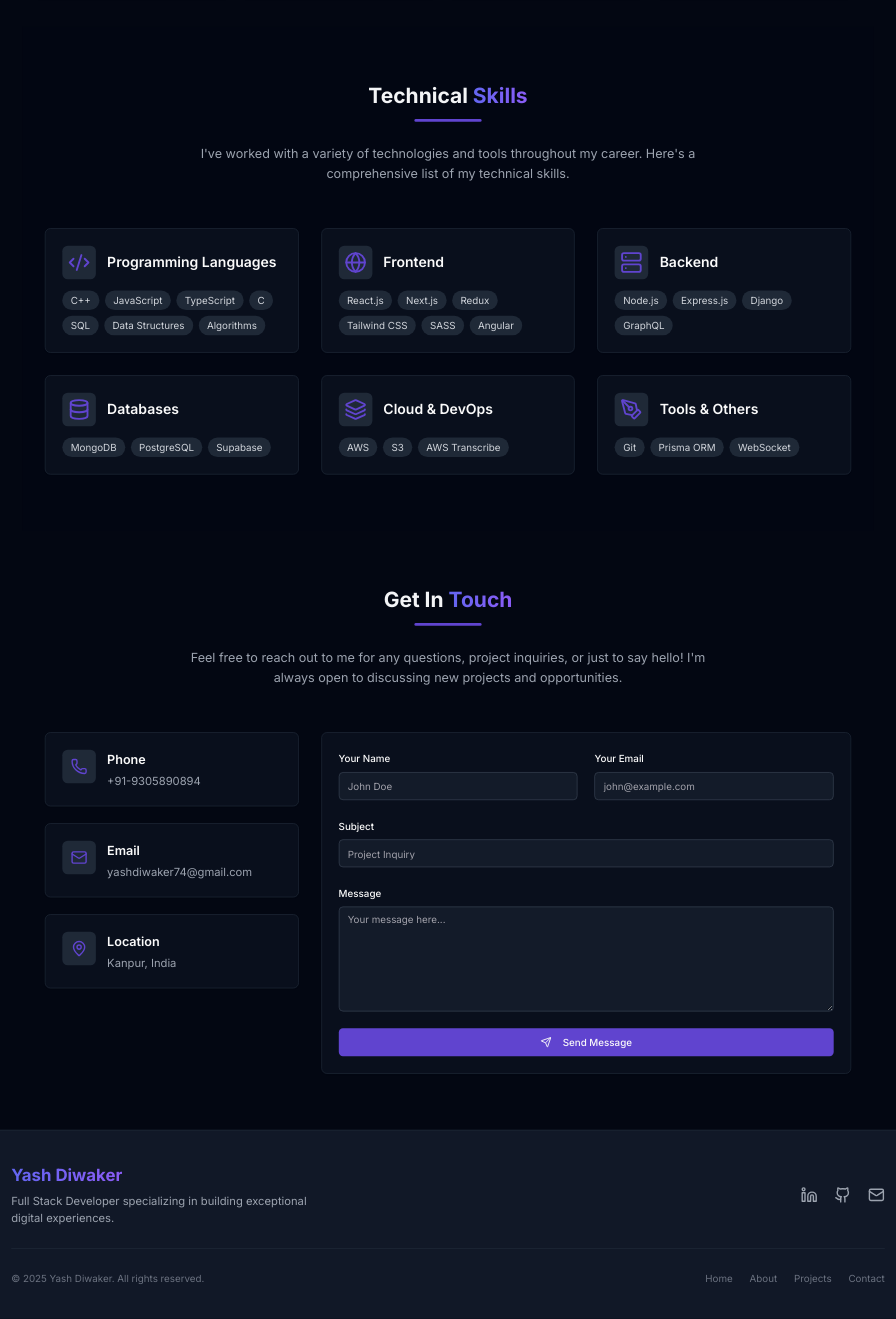
Repository: NoobCoderY/Yash
Page: /
The author's editor kept a copy of each file at every save. The page is drawn from the files as they stood at one save, then again after the next save.
The browser window is 1280 px wide. The pictures show the part of the page from y = 3560 to 5480 px (the page is 5444 px tall before and 5480 px after), at 70% of full size.
The project was rebuilt for these pictures with package versions that can differ from the ones it lists, and the page was loaded fresh each time. The framework's server and built-in components were replaced by stand-ins that run in the browser. Also part of the build but not shown: next.config.mjs, app/actions/send-email.ts.

Above is the page before, as saved 2025-08-07 12:06:54.

### app/layout.tsx
import type React from "react"
import "./globals.css"
import type { Metadata } from "next"
import { Inter } from "next/font/google"
import { ThemeProvider } from "@/components/theme-provider"

const inter = Inter({ subsets: ["latin"] })

export const metadata: Metadata = {
  title: "Yash Diwaker | Full Stack Developer",
  description: "Portfolio of Yash Diwaker, Full Stack Developer specializing in MERN stack and AWS",
    generator: 'v0.dev'
}

export default function RootLayout({
  children,
}: Readonly<{
  children: React.ReactNode
}>) {
  return (
    <html lang="en" suppressHydrationWarning>
      <body className={inter.className}>
        <ThemeProvider attribute="class" defaultTheme="dark" enableSystem disableTransitionOnChange>
          {children}
        </ThemeProvider>
      </body>
    </html>
  )
}


import './globals.css'

### app/page.tsx
import Hero from "@/components/hero"
import Navbar from "@/components/navbar"
import About from "@/components/about"
import Experience from "@/components/experience"
import Projects from "@/components/projects"
import Skills from "@/components/skills"
import Contact from "@/components/contact"
import Footer from "@/components/footer"

export default function Home() {
  return (
    <div className="min-h-screen bg-gray-950 text-gray-100">
      <Navbar />
      <main className="container mx-auto px-4 sm:px-6 lg:px-8">
        <Hero />
        <About />
        <Experience />
        <Projects />
        <Skills />
        <Contact />
      </main>
      <Footer />
    </div>
  )
}

### app/globals.css
@tailwind base;
@tailwind components;
@tailwind utilities;

@layer base {
  :root {
    --background: 0 0% 100%;
    --foreground: 240 10% 3.9%;
    --card: 0 0% 100%;
    --card-foreground: 240 10% 3.9%;
    --popover: 0 0% 100%;
    --popover-foreground: 240 10% 3.9%;
    --primary: 252 59% 48%;
    --primary-foreground: 0 0% 98%;
    --secondary: 240 4.8% 95.9%;
    --secondary-foreground: 240 5.9% 10%;
    --muted: 240 4.8% 95.9%;
    --muted-foreground: 240 3.8% 46.1%;
    --accent: 240 4.8% 95.9%;
    --accent-foreground: 240 5.9% 10%;
    --destructive: 0 84.2% 60.2%;
    --destructive-foreground: 0 0% 98%;
    --border: 240 5.9% 90%;
    --input: 240 5.9% 90%;
    --ring: 252 59% 48%;
    --radius: 0.5rem;
  }

  .dark {
    --background: 240 10% 3.9%;
    --foreground: 0 0% 98%;
    --card: 240 10% 3.9%;
    --card-foreground: 0 0% 98%;
    --popover: 240 10% 3.9%;
    --popover-foreground: 0 0% 98%;
    --primary: 252 59% 54%;
    --primary-foreground: 0 0% 98%;
    --secondary: 240 3.7% 15.9%;
    --secondary-foreground: 0 0% 98%;
    --muted: 240 3.7% 15.9%;
    --muted-foreground: 240 5% 64.9%;
    --accent: 240 3.7% 15.9%;
    --accent-foreground: 0 0% 98%;
    --destructive: 0 62.8% 30.6%;
    --destructive-foreground: 0 0% 98%;
    --border: 240 3.7% 15.9%;
    --input: 240 3.7% 15.9%;
    --ring: 252 59% 54%;
  }
}

@layer base {
  * {
    @apply border-border;
  }
  body {
    @apply bg-background text-foreground;
    font-feature-settings: "rlig" 1, "calt" 1;
  }
}

.animate-slide-up {
  animation: slideUp 0.6s ease-out forwards;
  opacity: 0;
}

@keyframes slideUp {
  from {
    transform: translateY(30px);
    opacity: 0;
  }
  to {
    transform: translateY(0);
    opacity: 1;
  }
}

.animate-fade-in {
  animation: fadeIn 0.8s ease-out forwards;
  opacity: 0;
}

@keyframes fadeIn {
  from {
    opacity: 0;
  }
  to {
    opacity: 1;
  }
}

.animate-slide-in-right {
  animation: slideInRight 0.6s ease-out forwards;
  opacity: 0;
}

@keyframes slideInRight {
  from {
    transform: translateX(30px);
    opacity: 0;
  }
  to {
    transform: translateX(0);
    opacity: 1;
  }
}

.animate-pulse-slow {
  animation: pulseSlow 3s infinite;
}

@keyframes pulseSlow {
  0%,
  100% {
    opacity: 1;
  }
  50% {
    opacity: 0.7;
  }
}

.animate-float {
  animation: float 3s ease-in-out infinite;
}

@keyframes float {
  0%,
  100% {
    transform: translateY(0);
  }
  50% {
    transform: translateY(-10px);
  }
}

.gradient-text {
  background: linear-gradient(90deg, #6366f1, #8b5cf6);
  -webkit-background-clip: text;
  -webkit-text-fill-color: transparent;
  background-clip: text;
}

### components/skills.tsx
"use client"

import { motion } from "framer-motion"
import { useInView } from "framer-motion"
import { useRef } from "react"
import { Card, CardContent } from "@/components/ui/card"
import { Code2, Database, Globe, Server, Layers, PenTool } from "lucide-react"

export default function Skills() {
  const ref = useRef(null)
  const isInView = useInView(ref, { once: true, margin: "-100px" })

  const skillCategories = [
    {
      title: 'Programming Languages',
      icon: <Code2 className='h-8 w-8 text-primary' />,
      skills: [
        'C++',
        'JavaScript',
        'TypeScript',
        'C',
        'SQL',
        'Data Structures',
        'Algorithms',
      ],
    },
    {
      title: 'Frontend',
      icon: <Globe className='h-8 w-8 text-primary' />,
      skills: [
        'React.js',
        'Next.js',
        'Redux',
        'Tailwind CSS',
        'SASS',
        'Angular',
      ],
    },
    {
      title: 'Backend',
      icon: <Server className='h-8 w-8 text-primary' />,
      skills: ['Node.js', 'Express.js', 'Django', 'GraphQL'],
    },
    {
      title: 'Databases',
      icon: <Database className='h-8 w-8 text-primary' />,
      skills: ['MongoDB', 'PostgreSQL', 'Supabase'],
    },
    {
      title: 'Cloud & DevOps',
      icon: <Layers className='h-8 w-8 text-primary' />,
      skills: ['AWS', 'S3', 'AWS Transcribe'],
    },
    {
      title: 'Tools & Others',
      icon: <PenTool className='h-8 w-8 text-primary' />,
      skills: ['Git', 'Prisma ORM', 'WebSocket'],
    },
  ];

  const cardVariants = {
    hidden: { opacity: 0, y: 20 },
    visible: (i: number) => ({
      opacity: 1,
      y: 0,
      transition: {
        delay: 0.1 * i,
        duration: 0.5,
      },
    }),
  }

  return (
    <section id="skills" className="py-20 bg-gray-950/50">
      <div className="container mx-auto">
        <motion.div
          initial={{ opacity: 0, y: 20 }}
          animate={isInView ? { opacity: 1, y: 0 } : { opacity: 0, y: 20 }}
          transition={{ duration: 0.5 }}
          ref={ref}
          className="text-center mb-16"
        >
          <h2 className="text-3xl font-bold mb-4">
            Technical <span className="gradient-text">Skills</span>
          </h2>
          <div className="w-24 h-1 bg-primary mx-auto mb-8 rounded-full"></div>
          <p className="text-lg text-gray-400 max-w-3xl mx-auto">
            I've worked with a variety of technologies and tools throughout my career. Here's a comprehensive list of my
            technical skills.
          </p>
        </motion.div>

        <div className="grid grid-cols-1 md:grid-cols-2 lg:grid-cols-3 gap-8">
          {skillCategories.map((category, i) => (
            <motion.div
              key={i}
              custom={i}
              variants={cardVariants}
              initial="hidden"
              animate={isInView ? "visible" : "hidden"}
            >
              <Card className="bg-gray-900/50 border-gray-800 hover:border-primary/50 transition-all duration-300 h-full">
                <CardContent className="p-6">
                  <div className="flex items-center mb-4">
                    <div className="p-2 bg-gray-800 rounded-lg mr-4">{category.icon}</div>
                    <h3 className="text-xl font-semibold">{category.title}</h3>
                  </div>
                  <div className="flex flex-wrap gap-2">
                    {category.skills.map((skill, index) => (
                      <span
                        key={index}
                        className="px-3 py-1 bg-gray-800 rounded-full text-sm text-gray-300 hover:bg-primary/20 hover:text-primary transition-colors duration-300"
                      >
                        {skill}
                      </span>
                    ))}
                  </div>
                </CardContent>
              </Card>
            </motion.div>
          ))}
        </div>
      </div>
    </section>
  )
}

### components/footer.tsx
import Link from "next/link"
import { Github, Linkedin, Mail } from "lucide-react"

export default function Footer() {
  const currentYear = new Date().getFullYear()

  return (
    <footer className="bg-gray-900 py-12 border-t border-gray-800">
      <div className="container mx-auto px-4">
        <div className="flex flex-col md:flex-row justify-between items-center">
          <div className="mb-6 md:mb-0">
            <Link href="#home" className="text-2xl font-bold gradient-text">
              Yash Diwaker
            </Link>
            <p className="text-gray-400 mt-2 max-w-md">
              Full Stack Developer specializing in building exceptional digital experiences.
            </p>
          </div>

          <div className="flex space-x-6">
            <Link
              href="https://linkedin.com/in/yashdiwaker"
              target="_blank"
              rel="noopener noreferrer"
              className="text-gray-400 hover:text-primary transition-colors"
              aria-label="LinkedIn"
            >
              <Linkedin size={24} />
            </Link>
            <Link
              href="https://github.com/NoobCoderY"
              target="_blank"
              rel="noopener noreferrer"
              className="text-gray-400 hover:text-primary transition-colors"
              aria-label="GitHub"
            >
              <Github size={24} />
            </Link>
            <Link
              href="mailto:yashdiwaker74@gmail.com"
              className="text-gray-400 hover:text-primary transition-colors"
              aria-label="Email"
            >
              <Mail size={24} />
            </Link>
          </div>
        </div>

        <div className="border-t border-gray-800 mt-8 pt-8 flex flex-col md:flex-row justify-between items-center">
          <p className="text-gray-500 text-sm">© {currentYear} Yash Diwaker. All rights reserved.</p>
          <div className="mt-4 md:mt-0">
            <ul className="flex space-x-6 text-sm text-gray-500">
              <li>
                <Link href="#home" className="hover:text-primary transition-colors">
                  Home
                </Link>
              </li>
              <li>
                <Link href="#about" className="hover:text-primary transition-colors">
                  About
                </Link>
              </li>
              <li>
                <Link href="#projects" className="hover:text-primary transition-colors">
                  Projects
                </Link>
              </li>
              <li>
                <Link href="#contact" className="hover:text-primary transition-colors">
                  Contact
                </Link>
              </li>
            </ul>
          </div>
        </div>
      </div>
    </footer>
  )
}

### components/ui/button.tsx
import * as React from "react"
import { Slot } from "@radix-ui/react-slot"
import { cva, type VariantProps } from "class-variance-authority"

import { cn } from "@/lib/utils"

const buttonVariants = cva(
  "inline-flex items-center justify-center gap-2 whitespace-nowrap rounded-md text-sm font-medium ring-offset-background transition-colors focus-visible:outline-none focus-visible:ring-2 focus-visible:ring-ring focus-visible:ring-offset-2 disabled:pointer-events-none disabled:opacity-50 [&_svg]:pointer-events-none [&_svg]:size-4 [&_svg]:shrink-0",
  {
    variants: {
      variant: {
        default: "bg-primary text-primary-foreground hover:bg-primary/90",
        destructive:
          "bg-destructive text-destructive-foreground hover:bg-destructive/90",
        outline:
          "border border-input bg-background hover:bg-accent hover:text-accent-foreground",
        secondary:
          "bg-secondary text-secondary-foreground hover:bg-secondary/80",
        ghost: "hover:bg-accent hover:text-accent-foreground",
        link: "text-primary underline-offset-4 hover:underline",
      },
      size: {
        default: "h-10 px-4 py-2",
        sm: "h-9 rounded-md px-3",
        lg: "h-11 rounded-md px-8",
        icon: "h-10 w-10",
      },
    },
    defaultVariants: {
      variant: "default",
      size: "default",
    },
  }
)

export interface ButtonProps
  extends React.ButtonHTMLAttributes<HTMLButtonElement>,
    VariantProps<typeof buttonVariants> {
  asChild?: boolean
}

const Button = React.forwardRef<HTMLButtonElement, ButtonProps>(
  ({ className, variant, size, asChild = false, ...props }, ref) => {
    const Comp = asChild ? Slot : "button"
    return (
      <Comp
        className={cn(buttonVariants({ variant, size, className }))}
        ref={ref}
        {...props}
      />
    )
  }
)
Button.displayName = "Button"

export { Button, buttonVariants }

### components/ui/card.tsx
import * as React from "react"

import { cn } from "@/lib/utils"

const Card = React.forwardRef<
  HTMLDivElement,
  React.HTMLAttributes<HTMLDivElement>
>(({ className, ...props }, ref) => (
  <div
    ref={ref}
    className={cn(
      "rounded-lg border bg-card text-card-foreground shadow-sm",
      className
    )}
    {...props}
  />
))
Card.displayName = "Card"

const CardHeader = React.forwardRef<
  HTMLDivElement,
  React.HTMLAttributes<HTMLDivElement>
>(({ className, ...props }, ref) => (
  <div
    ref={ref}
    className={cn("flex flex-col space-y-1.5 p-6", className)}
    {...props}
  />
))
CardHeader.displayName = "CardHeader"

const CardTitle = React.forwardRef<
  HTMLDivElement,
  React.HTMLAttributes<HTMLDivElement>
>(({ className, ...props }, ref) => (
  <div
    ref={ref}
    className={cn(
      "text-2xl font-semibold leading-none tracking-tight",
      className
    )}
    {...props}
  />
))
CardTitle.displayName = "CardTitle"

const CardDescription = React.forwardRef<
  HTMLDivElement,
  React.HTMLAttributes<HTMLDivElement>
>(({ className, ...props }, ref) => (
  <div
    ref={ref}
    className={cn("text-sm text-muted-foreground", className)}
    {...props}
  />
))
CardDescription.displayName = "CardDescription"

const CardContent = React.forwardRef<
  HTMLDivElement,
  React.HTMLAttributes<HTMLDivElement>
>(({ className, ...props }, ref) => (
  <div ref={ref} className={cn("p-6 pt-0", className)} {...props} />
))
CardContent.displayName = "CardContent"

const CardFooter = React.forwardRef<
  HTMLDivElement,
  React.HTMLAttributes<HTMLDivElement>
>(({ className, ...props }, ref) => (
  <div
    ref={ref}
    className={cn("flex items-center p-6 pt-0", className)}
    {...props}
  />
))
CardFooter.displayName = "CardFooter"

export { Card, CardHeader, CardFooter, CardTitle, CardDescription, CardContent }

### components/ui/badge.tsx
import * as React from "react"
import { cva, type VariantProps } from "class-variance-authority"

import { cn } from "@/lib/utils"

const badgeVariants = cva(
  "inline-flex items-center rounded-full border px-2.5 py-0.5 text-xs font-semibold transition-colors focus:outline-none focus:ring-2 focus:ring-ring focus:ring-offset-2",
  {
    variants: {
      variant: {
        default:
          "border-transparent bg-primary text-primary-foreground hover:bg-primary/80",
        secondary:
          "border-transparent bg-secondary text-secondary-foreground hover:bg-secondary/80",
        destructive:
          "border-transparent bg-destructive text-destructive-foreground hover:bg-destructive/80",
        outline: "text-foreground",
      },
    },
    defaultVariants: {
      variant: "default",
    },
  }
)

export interface BadgeProps
  extends React.HTMLAttributes<HTMLDivElement>,
    VariantProps<typeof badgeVariants> {}

function Badge({ className, variant, ...props }: BadgeProps) {
  return (
    <div className={cn(badgeVariants({ variant }), className)} {...props} />
  )
}

export { Badge, badgeVariants }

### components/ui/tabs.tsx
"use client"

import * as React from "react"
import * as TabsPrimitive from "@radix-ui/react-tabs"

import { cn } from "@/lib/utils"

const Tabs = TabsPrimitive.Root

const TabsList = React.forwardRef<
  React.ElementRef<typeof TabsPrimitive.List>,
  React.ComponentPropsWithoutRef<typeof TabsPrimitive.List>
>(({ className, ...props }, ref) => (
  <TabsPrimitive.List
    ref={ref}
    className={cn(
      "inline-flex h-10 items-center justify-center rounded-md bg-muted p-1 text-muted-foreground",
      className
    )}
    {...props}
  />
))
TabsList.displayName = TabsPrimitive.List.displayName

const TabsTrigger = React.forwardRef<
  React.ElementRef<typeof TabsPrimitive.Trigger>,
  React.ComponentPropsWithoutRef<typeof TabsPrimitive.Trigger>
>(({ className, ...props }, ref) => (
  <TabsPrimitive.Trigger
    ref={ref}
    className={cn(
      "inline-flex items-center justify-center whitespace-nowrap rounded-sm px-3 py-1.5 text-sm font-medium ring-offset-background transition-all focus-visible:outline-none focus-visible:ring-2 focus-visible:ring-ring focus-visible:ring-offset-2 disabled:pointer-events-none disabled:opacity-50 data-[state=active]:bg-background data-[state=active]:text-foreground data-[state=active]:shadow-sm",
      className
    )}
    {...props}
  />
))
TabsTrigger.displayName = TabsPrimitive.Trigger.displayName

const TabsContent = React.forwardRef<
  React.ElementRef<typeof TabsPrimitive.Content>,
  React.ComponentPropsWithoutRef<typeof TabsPrimitive.Content>
>(({ className, ...props }, ref) => (
  <TabsPrimitive.Content
    ref={ref}
    className={cn(
      "mt-2 ring-offset-background focus-visible:outline-none focus-visible:ring-2 focus-visible:ring-ring focus-visible:ring-offset-2",
      className
    )}
    {...props}
  />
))
TabsContent.displayName = TabsPrimitive.Content.displayName

export { Tabs, TabsList, TabsTrigger, TabsContent }

### components/ui/popover.tsx
"use client"

import * as React from "react"
import * as PopoverPrimitive from "@radix-ui/react-popover"

import { cn } from "@/lib/utils"

const Popover = PopoverPrimitive.Root

const PopoverTrigger = PopoverPrimitive.Trigger

const PopoverContent = React.forwardRef<
  React.ElementRef<typeof PopoverPrimitive.Content>,
  React.ComponentPropsWithoutRef<typeof PopoverPrimitive.Content>
>(({ className, align = "center", sideOffset = 4, ...props }, ref) => (
  <PopoverPrimitive.Portal>
    <PopoverPrimitive.Content
      ref={ref}
      align={align}
      sideOffset={sideOffset}
      className={cn(
        "z-50 w-72 rounded-md border bg-popover p-4 text-popover-foreground shadow-md outline-none data-[state=open]:animate-in data-[state=closed]:animate-out data-[state=closed]:fade-out-0 data-[state=open]:fade-in-0 data-[state=closed]:zoom-out-95 data-[state=open]:zoom-in-95 data-[side=bottom]:slide-in-from-top-2 data-[side=left]:slide-in-from-right-2 data-[side=right]:slide-in-from-left-2 data-[side=top]:slide-in-from-bottom-2",
        className
      )}
      {...props}
    />
  </PopoverPrimitive.Portal>
))
PopoverContent.displayName = PopoverPrimitive.Content.displayName

export { Popover, PopoverTrigger, PopoverContent }

### components/ui/input.tsx
import * as React from "react"

import { cn } from "@/lib/utils"

const Input = React.forwardRef<HTMLInputElement, React.ComponentProps<"input">>(
  ({ className, type, ...props }, ref) => {
    return (
      <input
        type={type}
        className={cn(
          "flex h-10 w-full rounded-md border border-input bg-background px-3 py-2 text-base ring-offset-background file:border-0 file:bg-transparent file:text-sm file:font-medium file:text-foreground placeholder:text-muted-foreground focus-visible:outline-none focus-visible:ring-2 focus-visible:ring-ring focus-visible:ring-offset-2 disabled:cursor-not-allowed disabled:opacity-50 md:text-sm",
          className
        )}
        ref={ref}
        {...props}
      />
    )
  }
)
Input.displayName = "Input"

export { Input }

Loaded but not shown: components/theme-provider.tsx (common file); components/ui/textarea.tsx (common file); hooks/use-toast.ts (common file); lib/utils.ts (common file); tailwind.config.ts (common file); components/projects.tsx (435 lines, source omitted); components/contact.tsx (244 lines, source omitted); components/hero.tsx (166 lines, source omitted); components/experience.tsx (127 lines, source omitted); components/navbar.tsx (107 lines, source omitted); components/about.tsx (86 lines, source omitted)

After the next save:
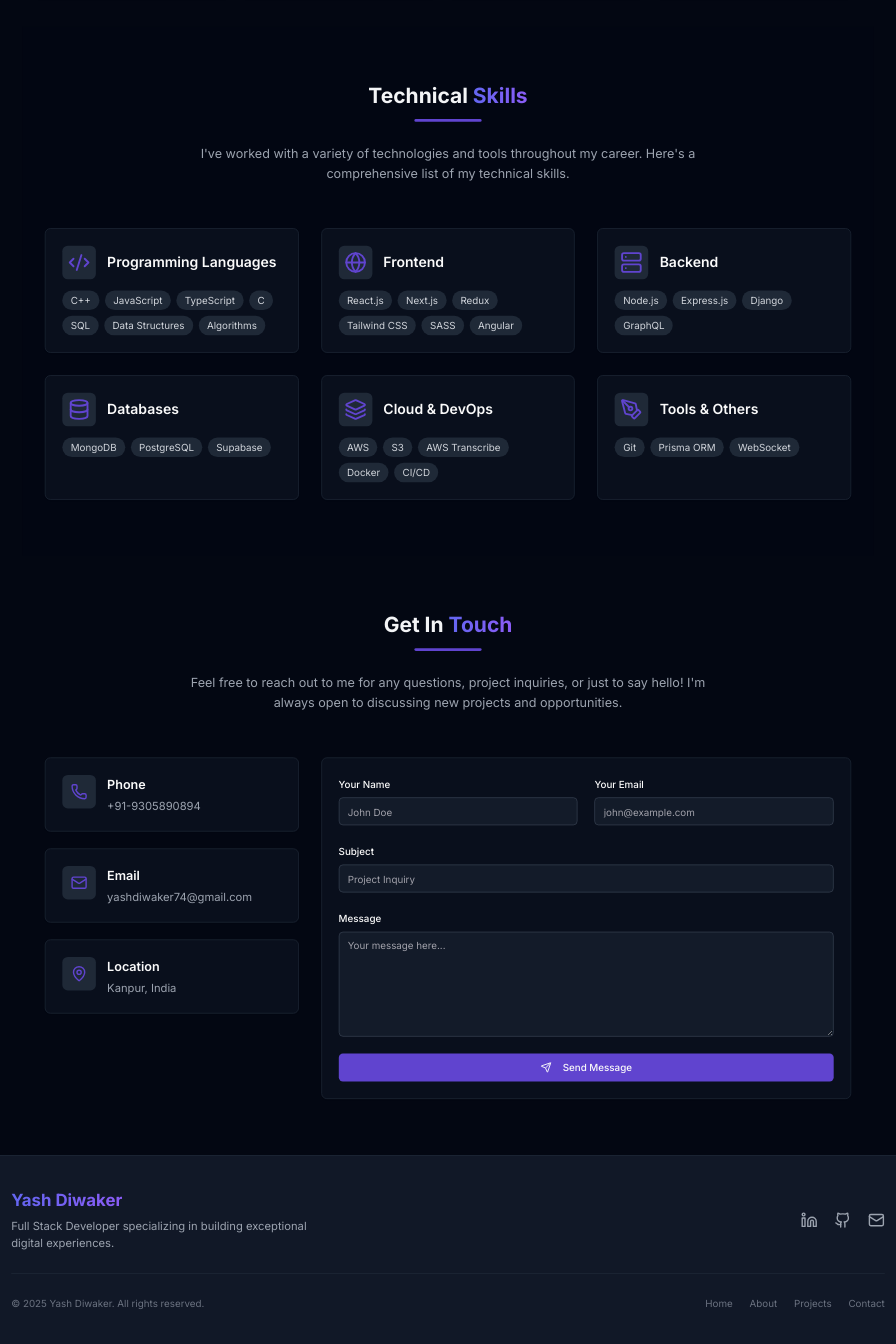
Saved 3 min 2 s later.
--- a/components/skills.tsx
+++ b/components/skills.tsx
@@ -49,7 +49,7 @@ export default function Skills() {
     {
       title: 'Cloud & DevOps',
       icon: <Layers className='h-8 w-8 text-primary' />,
-      skills: ['AWS', 'S3', 'AWS Transcribe'],
+      skills: ['AWS', 'S3', 'AWS Transcribe', 'Docker', 'CI/CD'],
     },
     {
       title: 'Tools & Others',
